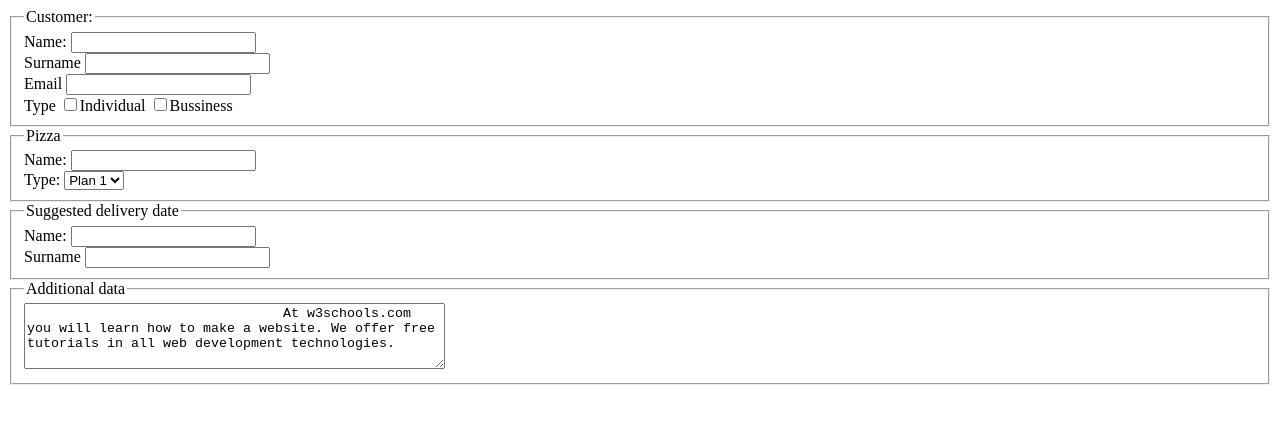
Repository: wisni4k/html-trainee
Page: testWeb/WebContent/Formularz.html
These files come from the project's save history. The page is drawn as it stood at one moment and after the next save; the edit follows.
The browser window is 1280 px wide. The pictures show the whole page.

Above is the page before, as saved 2015-07-10 11:34:22.

### testWeb/WebContent/Formularz.html
<!DOCTYPE html>
<html>
<head>
<meta charset="UTF-8">
<title>Insert title here</title>
</head>
<body>

	<form>
		<fieldset>
			<legend>Customer:</legend>
			Name: <input type="text"><br> Surname <input type="text"><br>
			Email <input type="text"><br> Type <input
				type="checkbox" name="vehicle" value="Bike">Individual <input
				type="checkbox" name="vehicle" value="Car">Bussiness
		</fieldset>

		<fieldset>
			<legend>Pizza</legend>
			Name: <input type="text"><br> Type: <select
				name="decision">
				<option selected>Plan 1
				<option>Plan 2
				<option>Plan 3
				<option>Plan 4
				<option>Plan 5
			</select>
		</fieldset>
		<fieldset>
			<legend>Suggested delivery date</legend>
			Name: <input type="text"><br> Surname <input type="text"><br>
		</fieldset>
		<fieldset>
			<legend>Additional data</legend>
			<textarea rows="4" cols="50">
				At w3schools.com you will learn how to make a website. We offer free tutorials in all web development technologies.
			</textarea>
		</fieldset>
	</form>


</body>
</html>

After the next save:
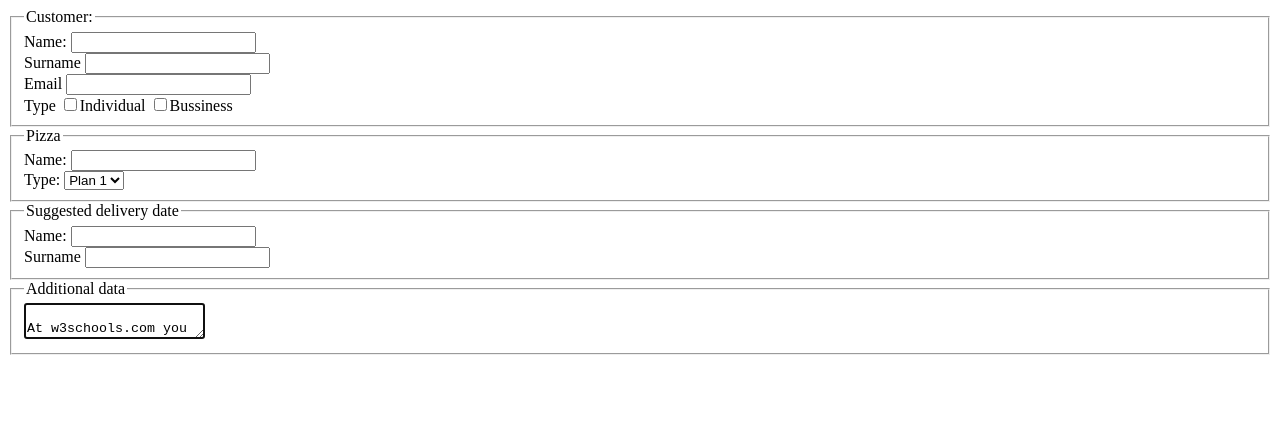
Saved 20 s later.
--- a/testWeb/WebContent/Formularz.html
+++ b/testWeb/WebContent/Formularz.html
@@ -32,7 +32,7 @@
 		</fieldset>
 		<fieldset>
 			<legend>Additional data</legend>
-			<textarea rows="4" cols="50">
+			<textarea autofocus >
 				At w3schools.com you will learn how to make a website. We offer free tutorials in all web development technologies.
 			</textarea>
 		</fieldset>
